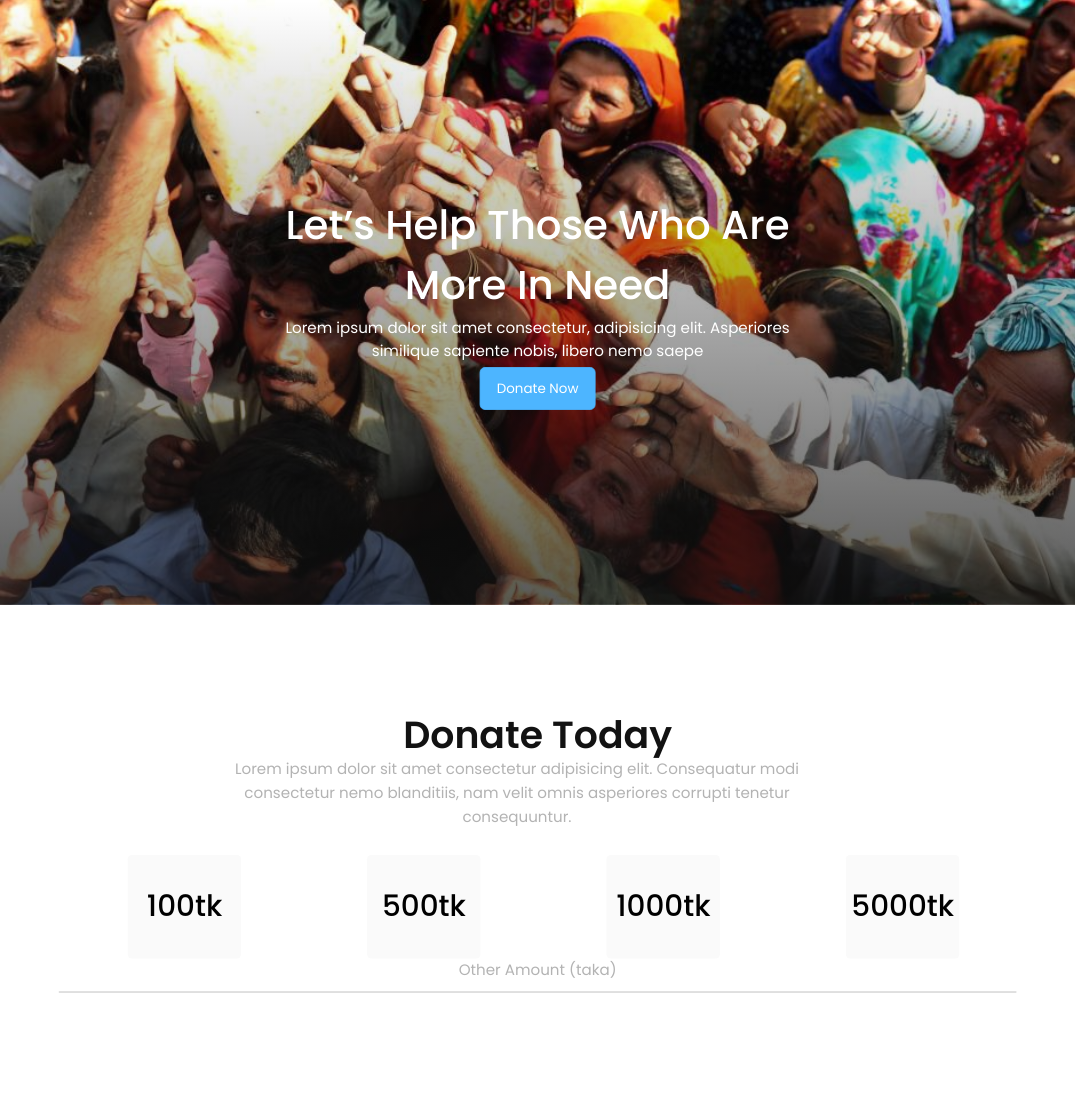
Repository: mdrubel02/donate-website
Page: index.html
An editor plug-in stored every save of this project. The page is shown before and after a run of saves, followed by the edit.
The browser window is 1280 px wide. The pictures show the whole page, at 84% of full size.

Above is the page before, as saved 2022-07-06 13:47:59.

After the next 2 saves:
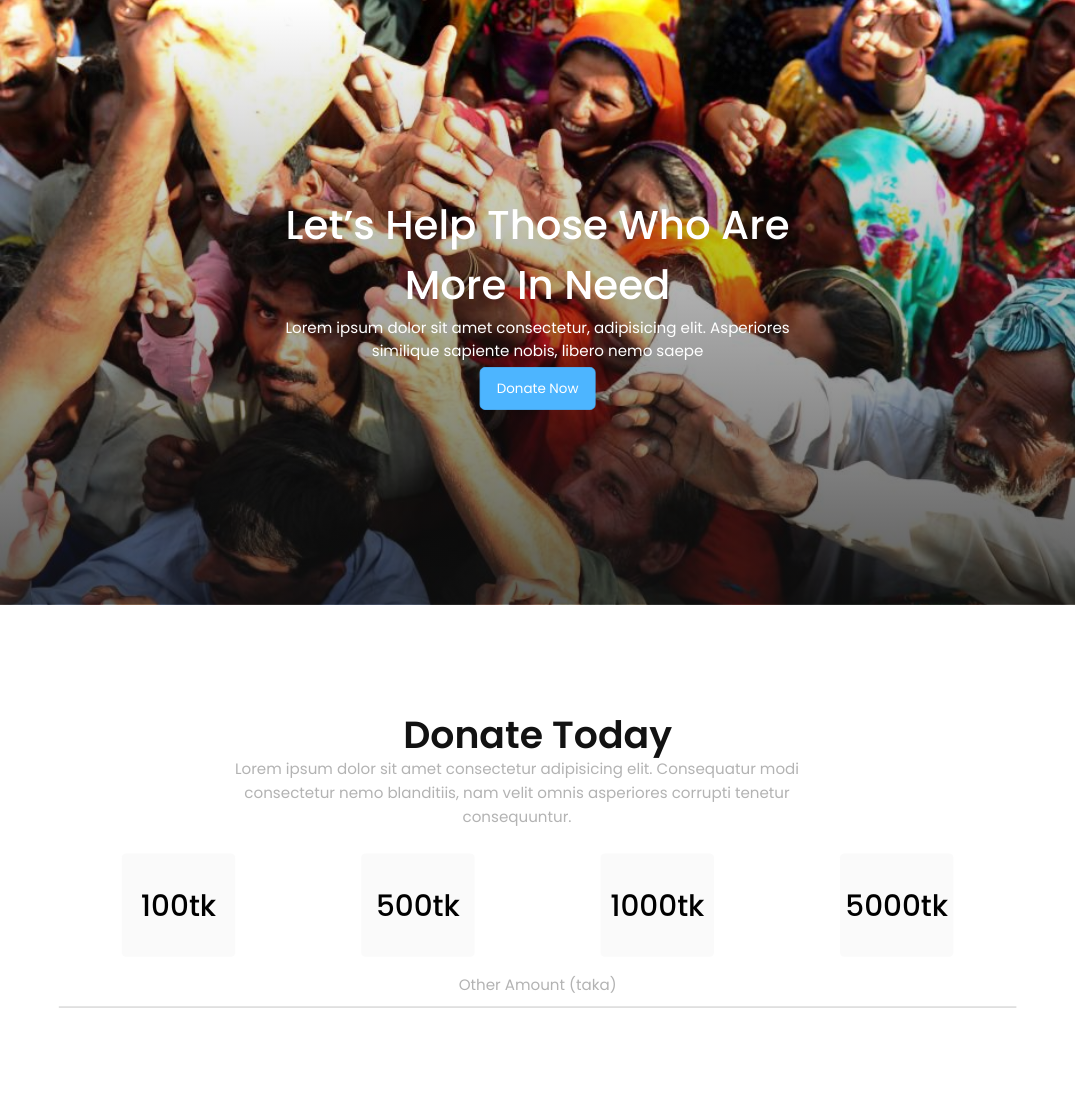
The 2 saves are shown as one change because they came seconds apart.
The last was saved 78 s later.
--- a/index.css
+++ b/index.css
@@ -155,8 +155,7 @@ hr {
     display: flex;
     justify-content: center;
     align-items: center;
-    margin-left: .9rem;
-    margin-top: 1.3rem;
+    margin: 1.2rem 0;
     transition: all 400ms ease;
 }
 
@@ -165,7 +164,8 @@ hr {
     border-radius: 5px;
     color: #FF5959;
 }
-.middle{
+
+.middle {
     width: 691px;
     margin-left: 200px;
 }
